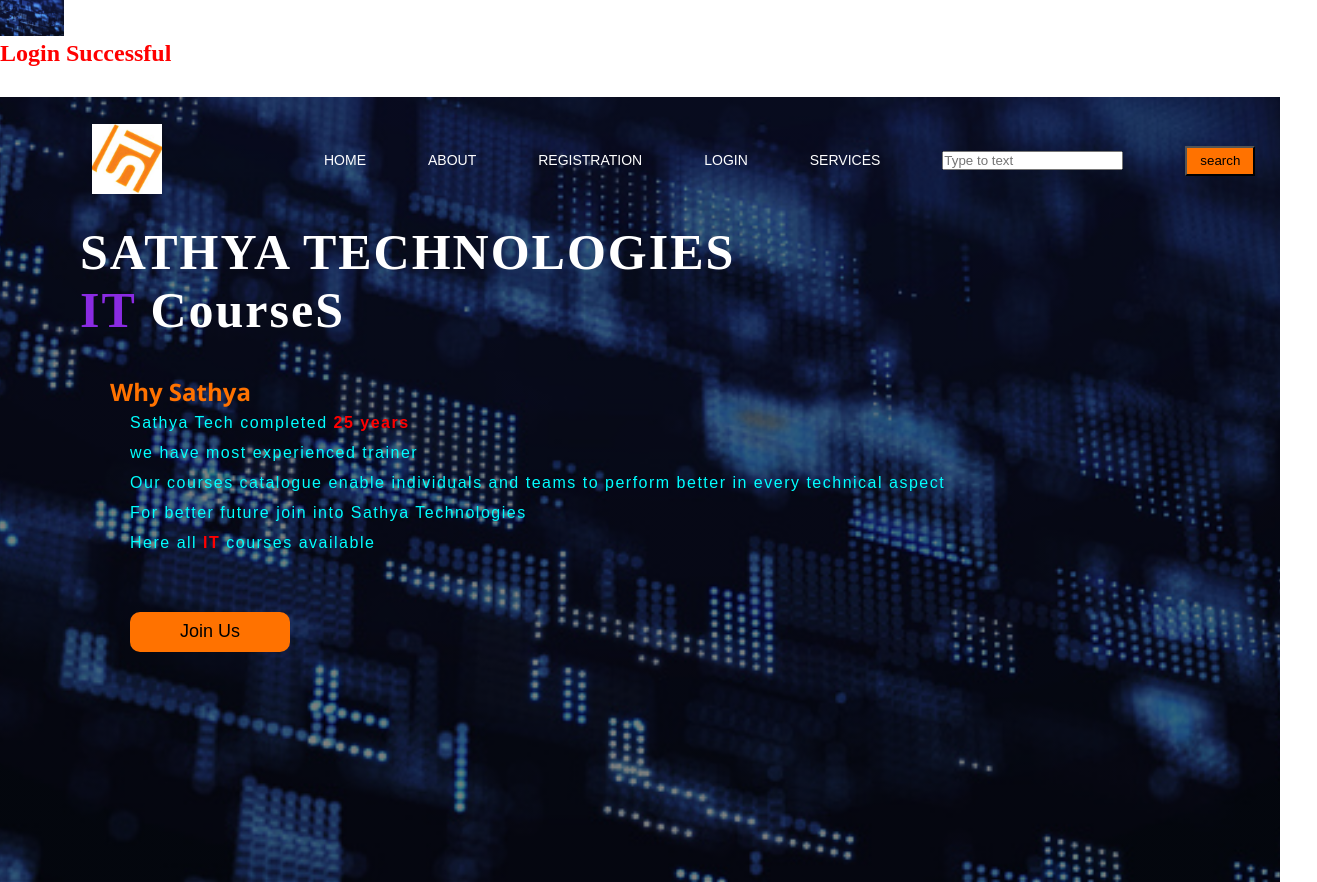
Repository: sainath0323/Website-design-using-J2EE
Page: http://localhost/AdvanceJavaApplication/loginsuccess.jsp
An editor plug-in stored every save of this project. The page is shown before and after the next save, followed by the edit.
The browser window is 1280 px wide. The page is 1317 px wide, so the pictures cover 1317 px, including what lies to the right of the window. The pictures show the whole page.
The page is served by Tomcat 9.

Above is the page before, as saved 2023-04-26 08:21:21.

After the next save:
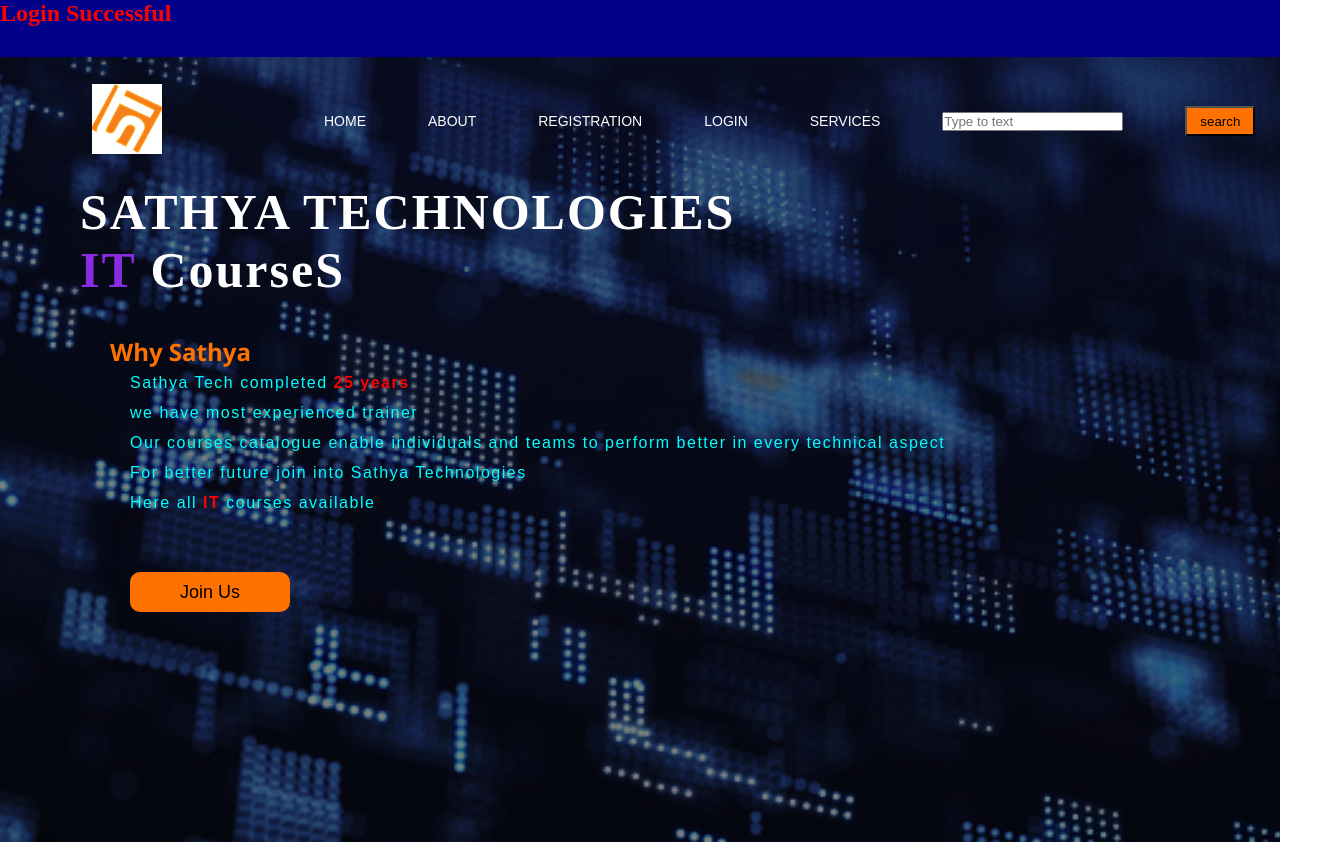
Saved 42 s later.
--- a/AdvanceJavaApplication/src/main/webapp/loginsuccess.jsp
+++ b/AdvanceJavaApplication/src/main/webapp/loginsuccess.jsp
@@ -4,8 +4,7 @@
 <head>
 </head>
 <body>
-<div>
-<img alt="no data" src="websiteimage.jpg"  width="5%"  height="5%">
+<div style="background-color: darkblue">
 <h2 style="color: red" >Login Successful</h2>
 <jsp:include page="index.html"></jsp:include>
 </div>
